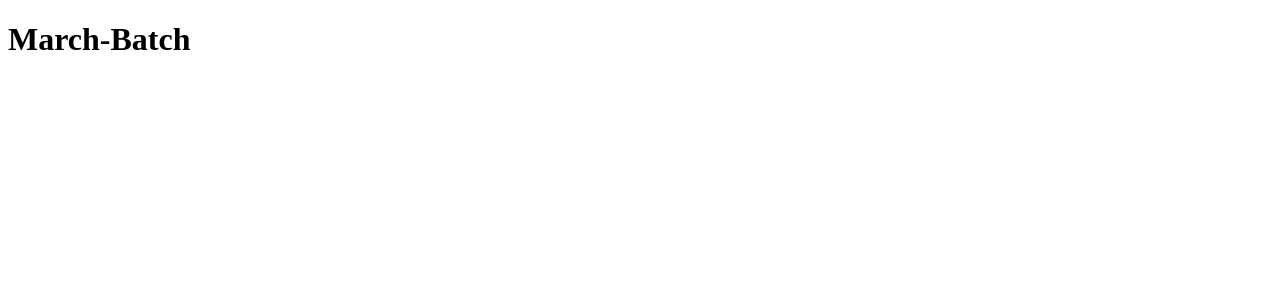
Repository: hanaskyis/GitHubPractice
Page: index.html
An editor plug-in stored every save of this project. The page is shown before and after a run of saves, followed by the edit.
The browser window is 1280 px wide. The pictures show the whole page.

Above is the page before, as saved 2025-07-12 22:40:56.

### index.html
<!DOCTYPE html>
<html lang="en">
<head>
    <meta charset="UTF-8">
    <meta name="viewport" content="width=device-width, initial-scale=1.0">
    <title>Git-Hub</title>
    <p></p>
</head>
<body>
    <h1>March-Batch</h1>
</body>
</html>

After the next 2 saves:
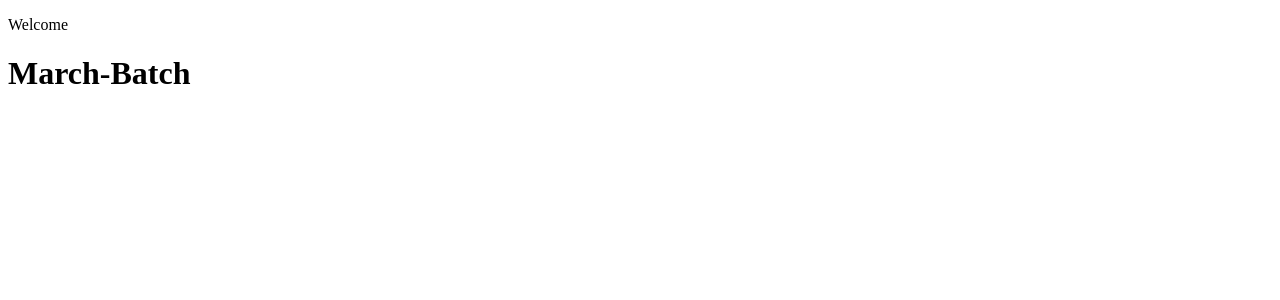
The 2 saves are shown as one change because they came seconds apart.
The last was saved 6 s later.
--- a/index.html
+++ b/index.html
@@ -4,7 +4,7 @@
     <meta charset="UTF-8">
     <meta name="viewport" content="width=device-width, initial-scale=1.0">
     <title>Git-Hub</title>
-    <p></p>
+    <p>Welcome</p>
 </head>
 <body>
     <h1>March-Batch</h1>
